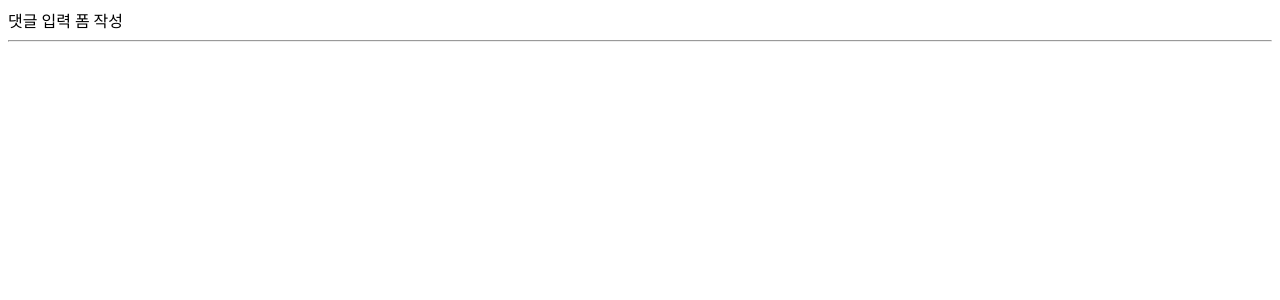
Repository: parkgyutaee/My_JAVA_Project
Page: http://localhost/JSPStudy/test04_04.jsp
These files come from the project's save history. The page is drawn as it stood at one moment and after the next save; the edit follows.
The browser window is 1280 px wide. The pictures show the whole page.
The page is served by Tomcat 10.

Above is the page before, as saved 2025-07-10 07:11:40.

After the next save:
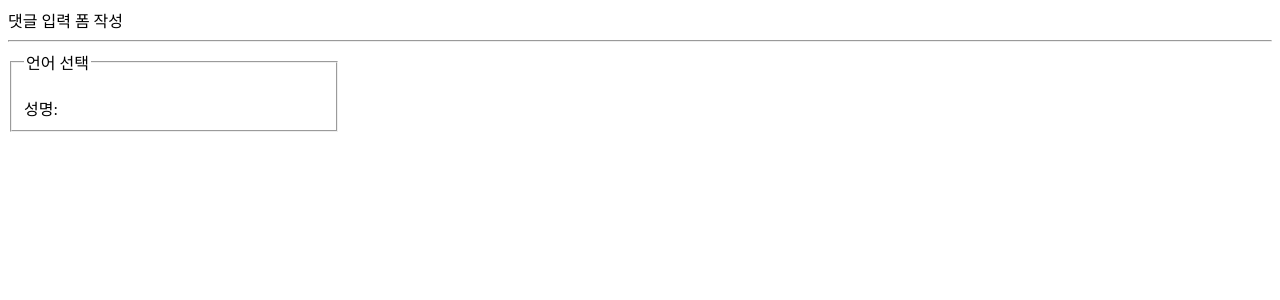
Saved 94 s later.
--- a/Workspace/JSPStudy/src/main/webapp/test04_04.jsp
+++ b/Workspace/JSPStudy/src/main/webapp/test04_04.jsp
@@ -9,6 +9,12 @@
 <body>
 댓글 입력 폼 작성
 <hr>
+<form action="#" method = "get">
+<fieldset style = "width:300px">
+	<legend>언어 선택</legend> <p></p>
+	성명:
+</fieldset>
+</form>
 
 
 </body>
